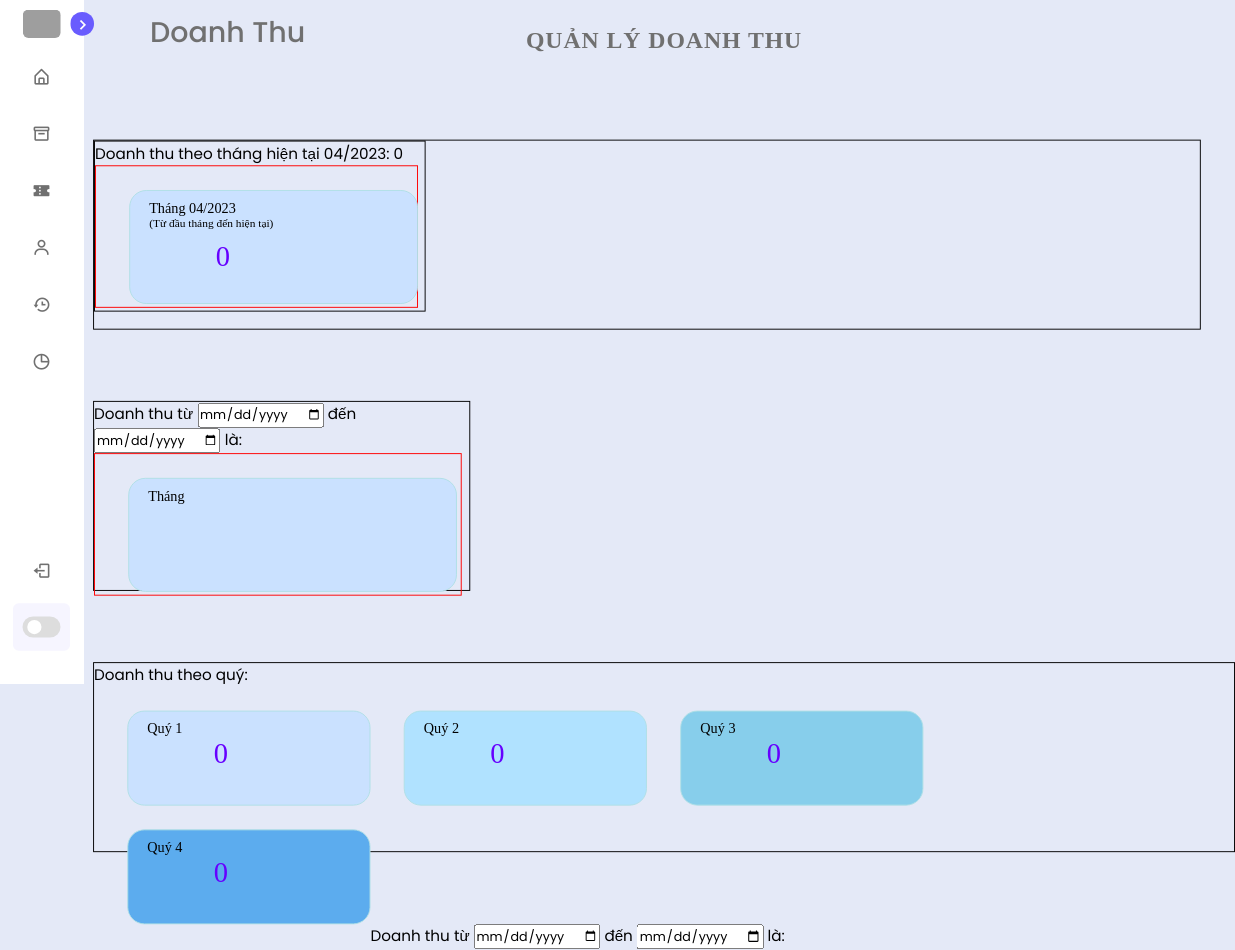
Repository: JeffDaveHudson/CapstoneProject
Page: http://localhost/CapstoneProject/revenue
These files come from the project's save history. The page is drawn as it stood at one moment and after the next save; the edit follows.
The browser window is 1280 px wide. The page is 1300 px wide, so the pictures cover 1300 px, including what lies to the right of the window. The pictures show the whole page, at 95% of full size.
Pictures or frames that could not be fetched are drawn as grey boxes. The page is served by Tomcat 9. Queries for data that is not in the repository find no rows.

Above is the page before, as saved 2023-06-14 05:02:38.

After the next save:
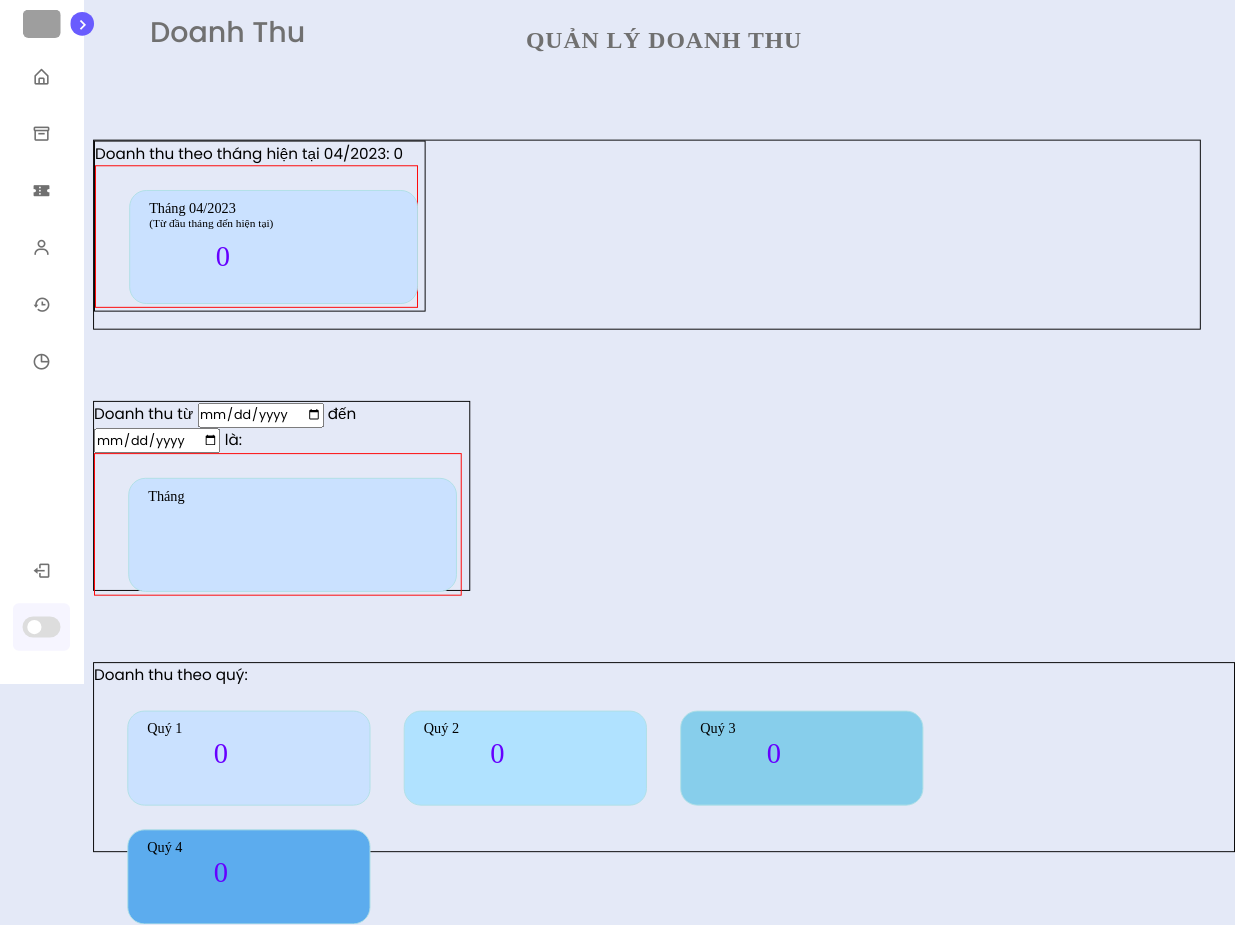
Saved 29 s later.
--- a/CapstoneProject/src/main/webapp/admin/Revenue.jsp
+++ b/CapstoneProject/src/main/webapp/admin/Revenue.jsp
@@ -237,12 +237,12 @@
 		</div>
 
 		<br> <br> <br>
-		<form action="revenuebetween2times">
+		<%-- <form action="revenuebetween2times">
 			Doanh thu từ <input type="date" name="startDate"
 				value="${startDate }"> đến <input type="date" name="endDate"
 				value="${endDate }" onchange="this.form.submit()"> là:
 			${revenueBetween2Times}
-		</form>
+		</form> --%>
 
 	</section>
 </body>
